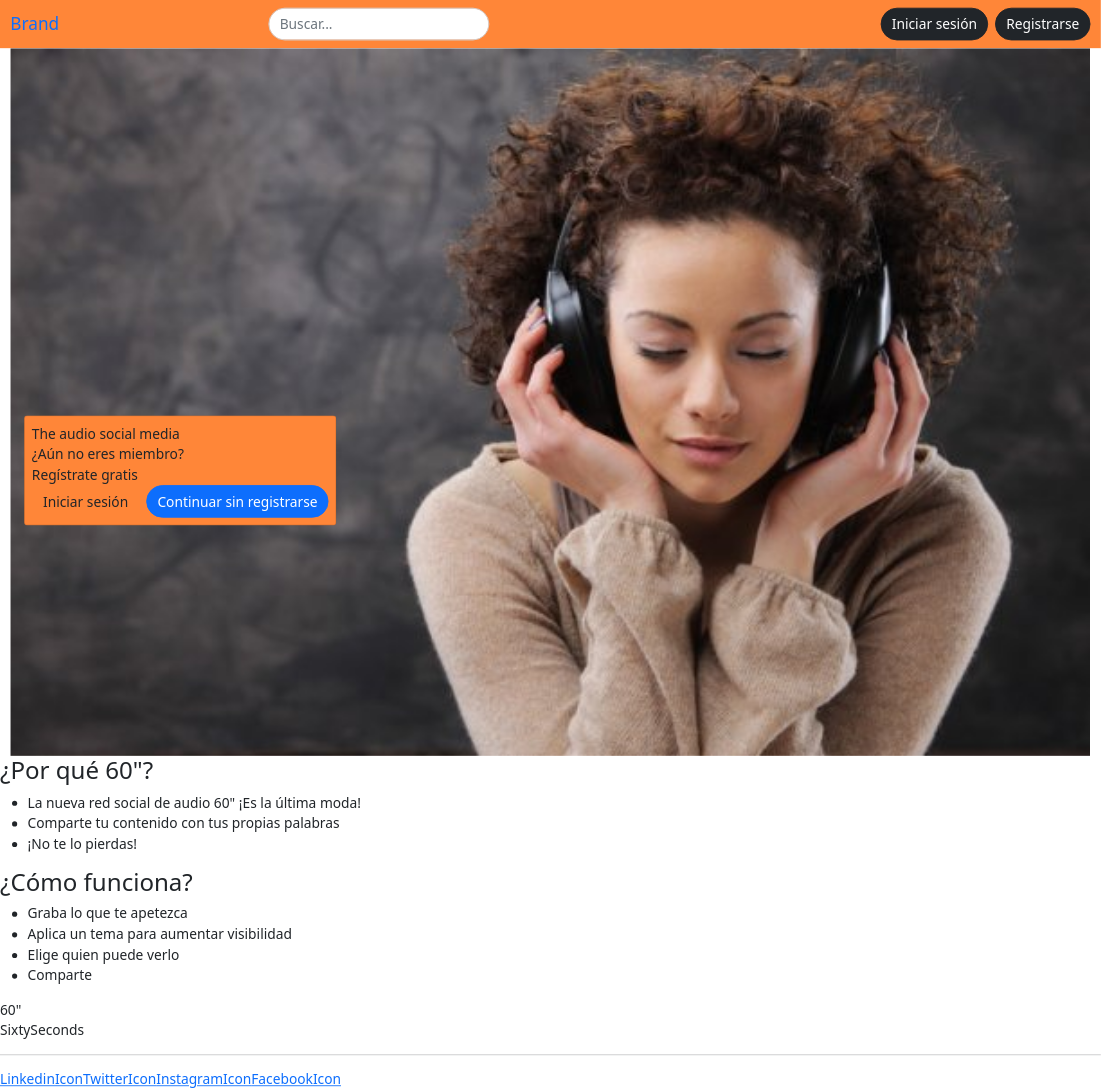
Repository: Zapulin/react-sixtySeconds-front
Page: /
An editor plug-in stored every save of this project. The page is shown before and after a run of saves, followed by the edit.
The browser window is 1280 px wide. The pictures show the whole page, at 86% of full size.
The project was rebuilt for these pictures with package versions that can differ from the ones it lists, and the page was loaded fresh each time. Also part of the build but not shown: src/Components/Login.js, src/Components/Signup.js, src/Components/Publish.js, src/Components/Activity.js, src/Components/Navbar.js, src/Components/Categories.js, src/Components/IconProfile.js, src/Components/Recorder.js and 10 more. Imported but missing from the stored project, and not drawn on this page: src/Samples/AUDIOMP3.mp3, src/Samples/AUDIOOGG.ogg.

Above is the page before, as saved 2022-04-13 14:50:23.

### src/index.js
import React from 'react';
import ReactDOM from 'react-dom';
import App from './App';
import './index.css';
import 'bootstrap/dist/css/bootstrap.min.css';

ReactDOM.render(
  <React.StrictMode>
    <App />
  </React.StrictMode>,
  document.getElementById('root')
);

### src/App.js
import { BrowserRouter, Routes, Route } from 'react-router-dom';

//Pages
import Home from './Pages/Home'
import Feed from './Pages/Feed'
import User from './Pages/Profile'
import NotFound from './Pages/NotFound'

function App() {
  return (
    <BrowserRouter>
      <Routes>
        <Route path='/' element={<Home/>} />
        <Route path='/feed' element={<Feed/>} />
        <Route path='/profile/:id' element={<User/>} />
        <Route path='*' element={<NotFound/>} />
      </Routes>
    </BrowserRouter>
  );
}

export default App;

### src/Pages/Home.js
import top_image from "../Resources/images/top_image.svg";

//Components
import Footer from '../Components/Footer'
import NavbarHome from '../Components/NavbarHome'

function Home() {

  return (
    <>
    <NavbarHome/>
      <div className="container-fluid">
          <div className="position-relative">
            <img className="img-fluid" src={top_image} alt="" />
            <div className="card rounded m-3 p-2 position-absolute top-50" style={{background:'#FF8638'}}>
                 <span> The audio social media </span>
                 <span> ¿Aún no eres miembro? </span>
                 <span> Regístrate gratis </span>
                <div className="d-flex justify-content-between">
                    <button className="btn rounded-pill"> Iniciar sesión</button>
                    <button className="btn btn-primary ms-2 rounded-pill"> Continuar sin registrarse </button>
                </div>
            </div>
        </div>
      </div>
      <div>
        <div>
            <h3>¿Por qué 60"?</h3>
            <ul>
                <li><span>La nueva red social de audio 60" ¡Es la última moda!</span></li>
                <li><span>Comparte tu contenido con tus propias palabras</span></li>
                <li><span>¡No te lo pierdas!</span></li>
            </ul>
        </div>
        <div>
            <h3>¿Cómo funciona?</h3>
            <ul>
                <li><span>Graba lo que te apetezca</span></li>
                <li><span>Aplica un tema para aumentar visibilidad</span></li>
                <li><span>Elige quien puede verlo</span></li>
                <li><span>Comparte</span></li>
            </ul>
        </div>
      </div>
      <Footer/>
    </>
  );
}

export default Home;

### src/Components/Footer.js

function Footer() {
  return (
  	<footer>
		<div className="circle">
			<span>60"</span><br /><span>SixtySeconds</span><br /><hr />
			<a href="https://www.linkedin.com" target="_blank">LinkedinIcon{ /* TODO: add linkedIn icon */ }</a>
			<a href="https://twitter.com" target="_blank">TwitterIcon{ /* TODO: add twitter icon */ }</a>
			<a href="https://www.instagram.com" target="_blank">InstagramIcon{ /* TODO: add instagram icon */ }</a>
			<a href="https://www.facebook.com" target="_blank">FacebookIcon{ /* TODO: add facebook icon */ }</a>
		</div>
	</footer>
  );
}

export default Footer;

### src/Components/NavbarHome.js
import "../stylesheets/NavbarHome.css";

function NavbarHome() {

	return (

    <>
    <nav className="navbar navbar-expand-lg">
      <div className="container-fluid">
          {/* Logo - por ahora es un link  */}
        <a href="#" className="navbar-brand">
          Brand
        </a>
        <button
          type="button"
          className="navbar-toggler"
          data-bs-toggle="collapse"
          data-bs-target="#navbarCollapse1"
        >
          <i className="fa fa-bars"></i>
        </button>
        <div className="collapse navbar-collapse" id="navbarCollapse1">
          <div className="form my-2 my-lg-0 mx-auto">
            <input
              className="form-control mr-sm-2 rounded-pill"
              type="search"
              placeholder="Buscar..."
              aria-label="Search"
            />
          </div>
          {/* <div class="navbar-nav">
                  <a href="#" class="nav-item nav-link active">Home</a>
                  <a href="#" class="nav-item nav-link">About</a>
                  <a href="#" class="nav-item nav-link">Products</a>
              </div> */}
          {/* Buttons */}
          <div className="d-flex ms-auto gap-2">
            {/* <input type="text" class="form-control me-sm-2" placeholder="Search"/> */}
            <button type="button" className="btn btn-dark rounded-pill">
              Iniciar sesión
            </button>
            <button type="button" className="btn btn-dark rounded-pill">
              Registrarse
            </button>
          </div>
        </div>
      </div>
    </nav>

    <header className="text-white" id="navbar-color">
      <div className="row">
        {/* <ul class="nav col-12 col-lg-auto me-lg-auto mb-2 justify-content-center mb-md-0">

    <form class="col-12 col-lg-auto mb-3 mb-lg-0 me-lg-3">

    </form>
    </ul> */}
        <div className="col-5"></div>
        <div className="col-4"></div>

        <div className="col-3 d-lg-flex gap-2">
          {/* <button type="button" class="btn btn-dark rounded-pill">
                Iniciar sesión
              </button> */}

          {/* <button type="button" class="btn btn-dark rounded-pill">
                Registrarse
              </button> */}
        </div>
      </div>
    </header>
  </>
);
}

export default NavbarHome;

### src/stylesheets/NavbarHome.css
.bd-placeholder-img {
    font-size: 1.125rem;
    text-anchor: middle;
    -webkit-user-select: none;
    -moz-user-select: none;
    user-select: none;
  }

  @media (min-width: 768px) {
    .bd-placeholder-img-lg {
      font-size: 3.5rem;
    }
  }

  nav {
      background-color: #FF8638;
  }

Loaded but not shown: public/index.html (common file); src/index.css (common file)

After the next 2 saves:
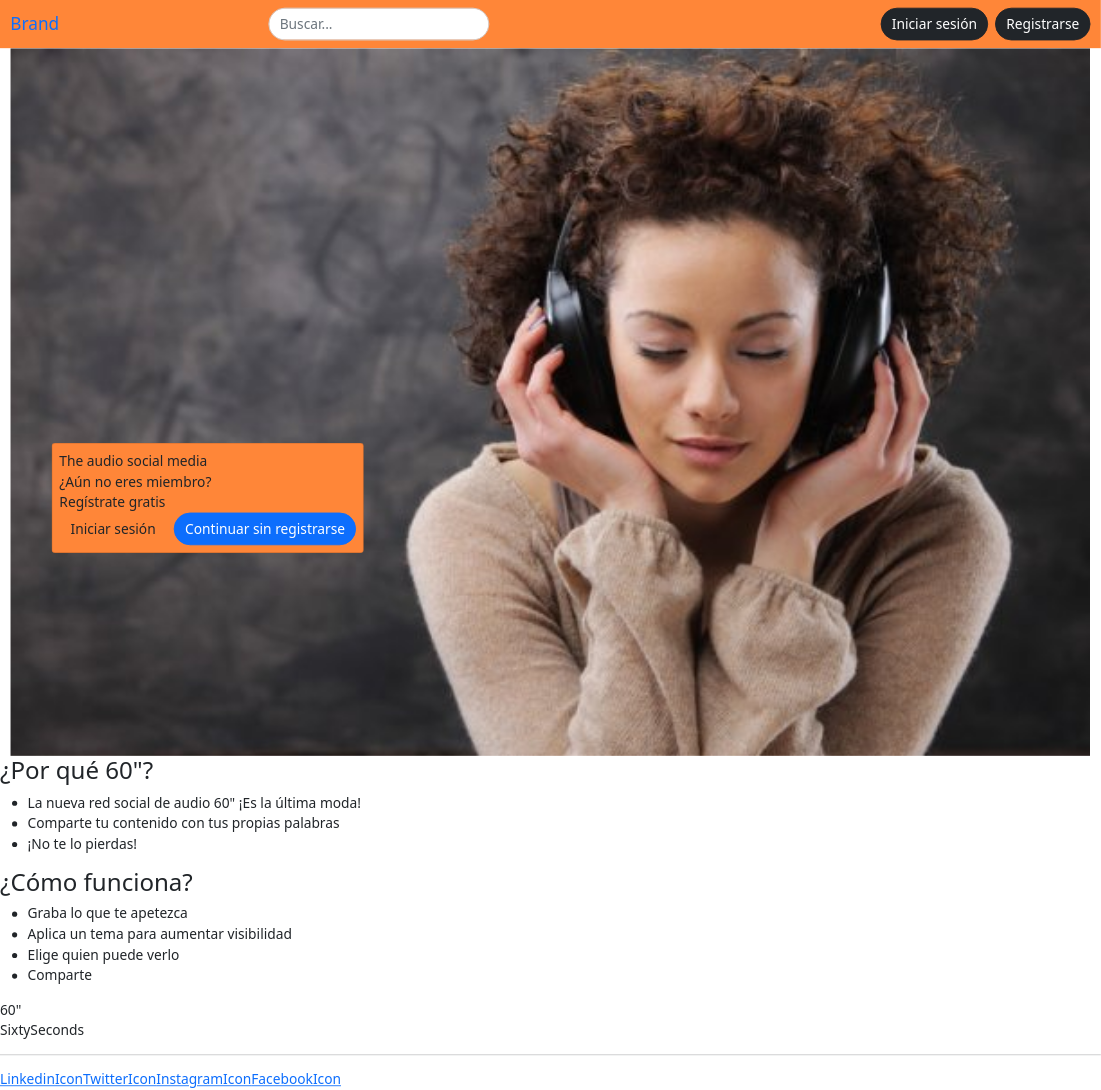
The 2 saves are shown as one change because they came seconds apart.
The last was saved 5 s later.
--- a/src/Pages/Home.js
+++ b/src/Pages/Home.js
@@ -12,7 +12,7 @@ function Home() {
       <div className="container-fluid">
           <div className="position-relative">
             <img className="img-fluid" src={top_image} alt="" />
-            <div className="card rounded m-3 p-2 position-absolute top-50" style={{background:'#FF8638'}}>
+            <div className="card rounded m-5 p-2 position-absolute top-50" style={{background:'#FF8638'}}>
                  <span> The audio social media </span>
                  <span> ¿Aún no eres miembro? </span>
                  <span> Regístrate gratis </span>
